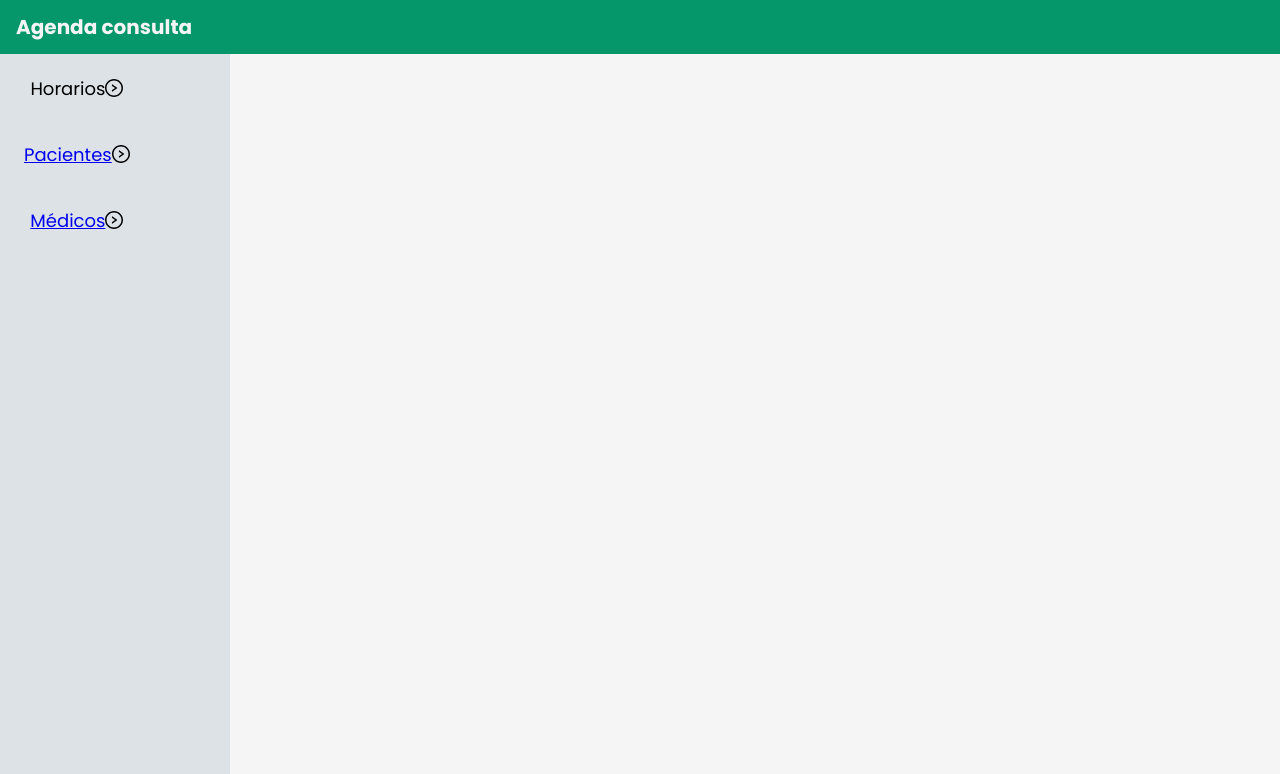
Repository: BarbaraCD/agendaconsulta
Page: /
These files come from the project's save history. The page is drawn as it stood at one moment and after the next save; the edit follows.
The browser window is 1280 px wide. The pictures show the whole page.
The project was rebuilt for these pictures with package versions that can differ from the ones it lists, and the page was loaded fresh each time. Also part of the build but not shown: vite.config.ts, src/styles/StyleList.ts, src/components/Doctors.tsx, src/services/ApiConfig.ts, src/services/doctor.services.ts, src/styles/InputContainer.ts, src/components/InputDoctors.tsx, src/components/SubmitButton.tsx and 7 more.

Above is the page before, as saved 2023-07-31 11:57:40.

### index.html
<!DOCTYPE html>
<html lang="en">
  <head>
    <meta charset="UTF-8" />
    <link rel="icon" type="image/svg+xml" href="/vite.svg" />
    <meta name="viewport" content="width=device-width, initial-scale=1.0" />

    <link rel="preconnect" href="https://fonts.googleapis.com">
    <link rel="preconnect" href="https://fonts.gstatic.com" crossorigin>
    <link href="https://fonts.googleapis.com/css2?family=Poppins:wght@400;500;700&display=swap" rel="stylesheet">

    <title>Agendamento de Consulta</title>
  </head>
  <body>
    <div id="root"></div>
    <script type="module" src="/src/main.tsx"></script>
  </body>
</html>

### src/main.tsx
import React from 'react'
import ReactDOM from 'react-dom/client'
import { ThemeProvider } from 'styled-components'
import GlobalStyle from './styles/global'
import { theme } from './styles/Theme.ts'
import { Routes } from './routes/index.tsx'
import { Header } from './components/Header.tsx'
import { Sidebar } from './components/Sidebar.tsx'

ReactDOM.createRoot(document.getElementById('root')!).render(
  <React.StrictMode>
    <ThemeProvider theme={theme}>
      <GlobalStyle />
      <Header />
      <Sidebar />
      <Routes />
    </ThemeProvider>
  </React.StrictMode>,
)

### src/styles/global.ts
import { createGlobalStyle } from 'styled-components'

export default createGlobalStyle`
  *{
    margin: 0;
    padding: 0;
    box-sizing: border-box;
  }
  body{
    font-family: 'Poppins', sans-serif;
    background: ${(props) => props.theme.colors.white};
    font-size: ${(props) => props.theme.size.xl};
  }
`

### src/styles/Theme.ts

export const theme = {
  colors: {
    primary: '#059669',
    head: '#059669B3',
    900: '#6A8D73',
    800: '#AFC5A6',
    700: '#F4FDD9',
    100: '#E4FFE1',

    sbcolor: '#DCE2E6',
    gray: '#41414D',
    black: '#000',
    white: '#f5f5f5',
  },

  size: {
    sm: '14px',
    md: '16px',
    lg: '18px',
    xl: '20px',
    xxl: '24px'
  }
}

### src/routes/index.tsx
import { BrowserRouter } from "react-router-dom";

import { AppRoutes } from './app.routes'

export function Routes(){
  return(
    <BrowserRouter>
      <AppRoutes />
    </BrowserRouter>
  )
}

### src/components/Header.tsx
import { styled } from "styled-components"

const Container = styled.div`
  background-color: ${(props) => props.theme.colors.primary};
  padding: 12px 16px;
  color: ${(props) => props.theme.colors.white};
  font-weight: 700;
`

export function Header(){
  return (
    <Container>
      Agenda consulta
    </Container>
  )
}

### src/components/Sidebar.tsx

import { RightCircleOutlined } from '@ant-design/icons'

import { StyledSidebar, StyledList } from '../styles/SidebarStyled'
import { useState } from 'react';



export function Sidebar(){
  const [showPacient, setShowPacient] = useState(false)

  const handlePatientClick = () => {
    setShowPacient(true);
  };

  return (
    <StyledSidebar>
        <StyledList>
          <li>
            Horarios
            <RightCircleOutlined />
          </li>
          <li>
            <a href="/patients">Pacientes</a>
            <RightCircleOutlined />
          </li>
          <li>
          <a href="/doctors">Médicos</a>
            <RightCircleOutlined />
          </li>
        </StyledList>
    </StyledSidebar>
  )
}

### src/routes/app.routes.tsx
import { Routes, Route } from 'react-router-dom'

import { CreateDoctor } from '../components/CreateDoctor'
import { CreatePatient } from '../components/CreatePatient'
import { Appointments } from '../components/Appointments'
import { App } from 'antd'

export function AppRoutes(){
  return(
    <Routes>
      <Route path='/' element={<App />} />
      <Route path='/patients' element={<CreatePatient />} />
      <Route path='/doctors' element={<CreateDoctor />} />
      <Route path='/appointments' element={<Appointments />} />
    </Routes>
  )
}

### src/styles/SidebarStyled.ts
import styled from 'styled-components'

export const StyledSidebar = styled.div`
  display: flex;
  height: 100vh;
  width: 18vw;
  background-color: ${(props) => props.theme.colors.sbcolor};
  color: ${(props) => props.theme.colors.black};
  font-size: ${(props) => props.theme.size.lg};
  font-weight: 400;
  justify-content: start;

`

export const StyledList = styled.ul`
    flex-direction: column;
    display: flex;
    padding: 12px;
    list-style: none;
    gap: 20px;

  li{
    cursor: pointer;
    padding: 12px;
    line-height: 22px;
    justify-content: space-between;
    text-align: center;
  }
`

After the next save:
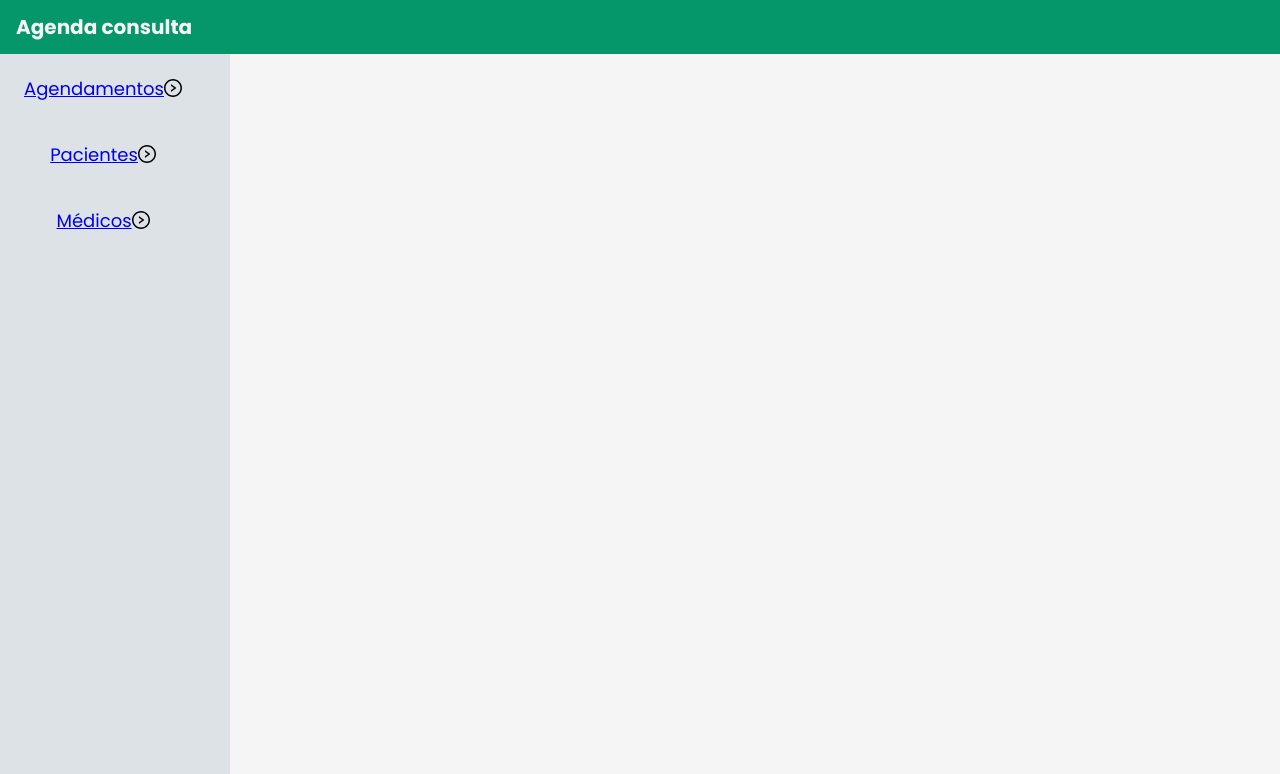
Saved 34 s later.
--- a/src/components/Sidebar.tsx
+++ b/src/components/Sidebar.tsx
@@ -17,7 +17,7 @@ export function Sidebar(){
     <StyledSidebar>
         <StyledList>
           <li>
-            Horarios
+            <a href="/appointments">Agendamentos</a>
             <RightCircleOutlined />
           </li>
           <li>
